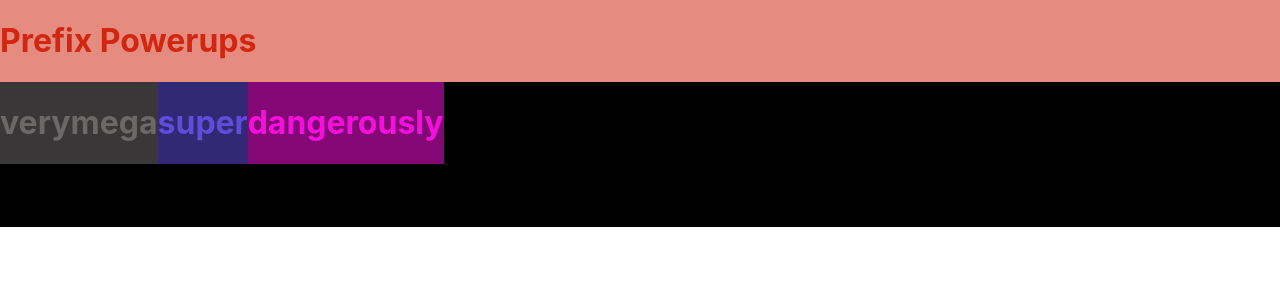
Repository: bsalgado98/buns-inator
Page: /
An editor plug-in stored every save of this project. The page is shown before and after the next save, followed by the edit.
The browser window is 1280 px wide. The pictures show the whole page.
The project was rebuilt for these pictures with package versions that can differ from the ones it lists, and the page was loaded fresh each time.

Above is the page before, as saved 2022-04-25 22:30:38.

After the next save:
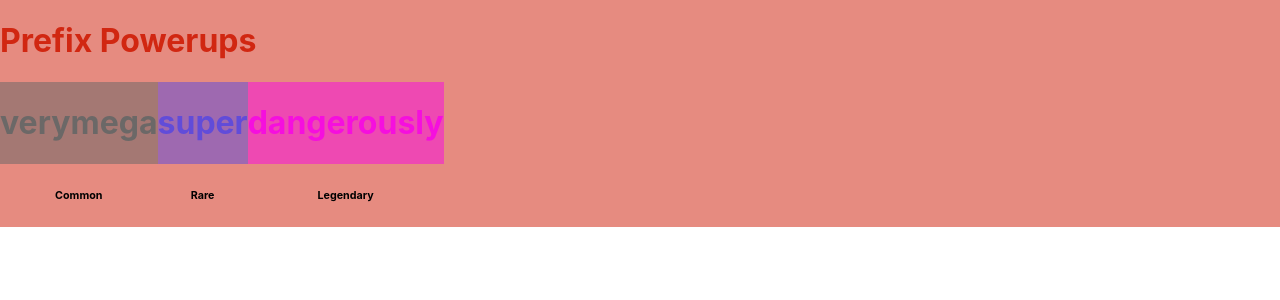
Saved 15 s later.
--- a/src/components/WordBank/WordBank.js
+++ b/src/components/WordBank/WordBank.js
@@ -22,8 +22,7 @@ const WordBank = ({ bankTitle = "N/A", color = "#000000", wordCollection = [] })
         },
         collectionArea: {
             style: {
-                display: 'flex',
-                background: 'black'
+                display: 'flex'
             },
             section: {
                 style: {
